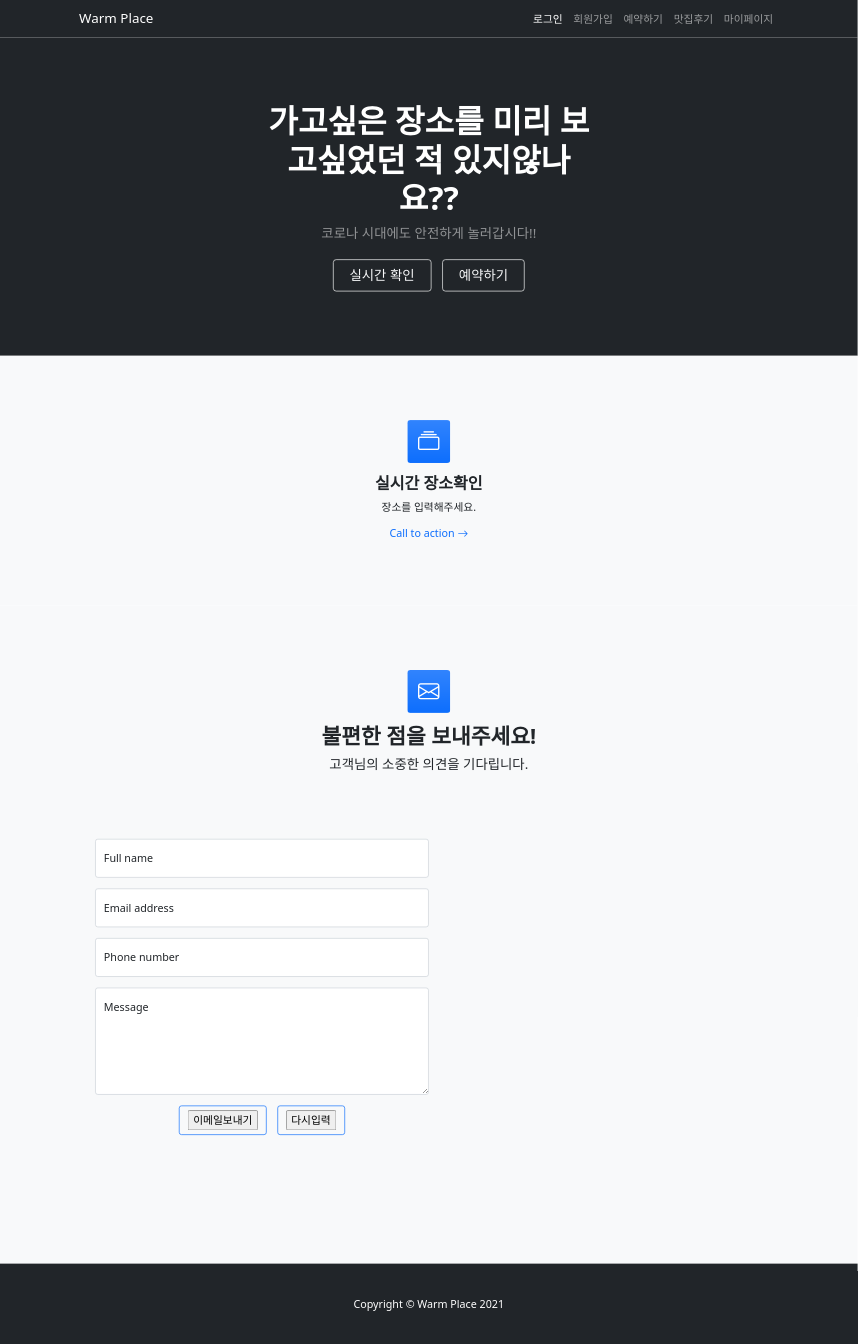
Repository: jaunnnngs/HackaTone
Page: http://localhost/StunProjects/St_Join/main.jsp
These files come from the project's save history. The page is drawn as it stood at one moment and after the next save; the edit follows.
The browser window is 1280 px wide. The pictures show the whole page, at 67% of full size.
Some web libraries are served in a nearby version. The page is served by Tomcat 9. Other server files are loaded and not shown.

Above is the page before, as saved 2021-08-12 01:51:06.

### STUN_TEAM/StunProjects/src/main/webapp/St_Join/main.jsp
<%@ page language="java" contentType="text/html; charset=UTF-8" pageEncoding="UTF-8"%>
<!DOCTYPE html>
<html>
    <head>
        <meta charset="utf-8" />
        <meta name="viewport" content="width=device-width, initial-scale=1, shrink-to-fit=no" />
        <meta name="description" content="" />
        <meta name="author" content="" />
        <title>Warm Place_main</title>
        <!-- Favicon-->
        <link rel="icon" type="image/x-icon" href="assets/favicon.ico" />
        <!-- Bootstrap icons-->
        <link href="https://cdn.jsdelivr.net/npm/bootstrap-icons@1.4.1/font/bootstrap-icons.css" rel="stylesheet" />
        <!-- Core theme CSS (includes Bootstrap)-->
        <link href="css/styles.css" rel="stylesheet" />
    </head>
    <body>
   <%
	// 현재 세션 상태를 체크한다
	String userID = null;
	if (session.getAttribute("userID") != null) {
		userID = (String) session.getAttribute("userID");
	}
	%>

        <!-- Responsive navbar-->
        <nav class="navbar navbar-expand-lg navbar-dark bg-dark">
            <div class="container px-5">
                <a class="navbar-brand" href="../St_Join/main.jsp">Warm Place</a>
                <button class="navbar-toggler" type="button" data-bs-toggle="collapse" data-bs-target="#navbarSupportedContent" aria-controls="navbarSupportedContent" aria-expanded="false" aria-label="Toggle navigation"><span class="navbar-toggler-icon"></span></button>
                 <div class="collapse navbar-collapse" id="navbarSupportedContent">
                 <%
					// 로그인 하지 않았을 때 보여지는 화면
					if(userID == null){
				%>
                    <ul class="navbar-nav ms-auto mb-2 mb-lg-0">
                        <li class="nav-item"><a class="nav-link active" aria-current="page" href="../St_board/login.jsp">로그인</a></li>
                        <li class="nav-item"><a class="nav-link" href="../St_Join/st_userJoin.jsp">회원가입</a></li>
                        <li class="nav-item"><a class="nav-link" href="../St_Reservation/map.jsp">예약하기</a></li>
                        <li class="nav-item"><a class="nav-link" href="../St_board/bbs.jsp">맛집후기</a></li>
                        <li class="nav-item"><a class="nav-link" href="#!">마이페이지</a></li>
                    </ul>
				<%
				// 로그인이 되어 있는 상태에서 보여주는 화면
					}else{
				%>
                    <ul class="navbar-nav ms-auto mb-2 mb-lg-0">
                        <li class="nav-item"><a class="nav-link active" aria-current="page" href="../St_board/logoutAction.jsp">로그아웃</a></li>
                        <li class="nav-item"><a class="nav-link" href="../St_Join/st_userJoin.jsp">회원가입</a></li>
                        <li class="nav-item"><a class="nav-link" href="../St_Reservation/map.jsp">예약하기</a></li>
                        <li class="nav-item"><a class="nav-link" href="../St_board/bbs.jsp">맛집후기</a></li>
                        <li class="nav-item"><a class="nav-link" href="#!">마이페이지</a></li>
                    </ul>
                    <%
				}
			%>
                </div>
            </div>
        </nav>

	    <!-- Header-->
        <header class="bg-dark py-5">
            <div class="container px-5">
                <div class="row gx-5 justify-content-center">
                    <div class="col-lg-6">
                        <div class="text-center my-5">
                            <h1 class="display-5 fw-bolder text-white mb-2">가고싶은 장소를 미리 보고싶었던 적 있지않나요??</h1>
                            <p class="lead text-white-50 mb-4">코로나 시대에도 안전하게 놀러갑시다!!</p>
                            <div class="d-grid gap-3 d-sm-flex justify-content-sm-center">
                                <a class="btn btn-outline-light btn-lg px-4" href="#features">실시간 확인</a>
                                <a class="btn btn-outline-light btn-lg px-4" href="../St_Reservation/map.jsp">예약하기</a>
                            </div>
                        </div>
                    </div>
                </div>
            </div>
        </header>
        <!-- Features section-->
        <section class="bg-light py-5" id="features">
            <div class="container px-5 my-5 px-5" >
                <div class="text-center mb-5">
                        <div class="feature bg-primary bg-gradient text-white rounded-3 mb-3"><i class="bi bi-collection"></i></div>
                        <h2 class="h4 fw-bolder">실시간 장소확인</h2>
                        <p>장소를 입력해주세요.</p>
                        <a class="text-decoration-none" href="#!">
                            Call to action
                            <i class="bi bi-arrow-right"></i>
                        </a>
                    </div>

                </div>

        </section>


        <!-- Contact section-->
        <section class="bg-light py-5">
            <div class="container px-5 my-5 px-5">
                <div class="text-center mb-5">
                    <div class="feature bg-primary bg-gradient text-white rounded-3 mb-3"><i class="bi bi-envelope"></i></div>
                    <h2 class="fw-bolder">불편한 점을 보내주세요!</h2>
                    <p class="lead mb-0">고객님의 소중한 의견을 기다립니다.</p>
                </div>
                <div class="row gx-5 justify-content-center">
                <div class="container px-5 my-5 px-5">
                <div class="text-center mb-5">
                    <div class="col-lg-6">
                        <!-- * * * * * * * * * * * * * * *-->
                        <!-- * * SB Forms Contact Form * *-->
                        <!-- * * * * * * * * * * * * * * *-->
                        <!-- This form is pre-integrated with SB Forms.-->
                        <!-- To make this form functional, sign up at-->
                        <!-- https://startbootstrap.com/solution/contact-forms-->
                        <!-- to get an API token!-->

                            <form action="./main_mailaction.jsp"method="post" id="contactForm" data-sb-form-api-token="API_TOKEN">

                            <!-- Name input-->
                            <div class="form-floating mb-3">
                                <input class="form-control" id="name" type="text" placeholder="Enter your name..." data-sb-validations="required" />
                                <label for="name">Full name</label>
                                <div class="invalid-feedback" data-sb-feedback="name:required">A name is required.</div>
                            </div>
                            <!-- Email address input-->
                            <div class="form-floating mb-3">
                                <input class="form-control" id="email" type="email" placeholder="name@example.com" data-sb-validations="required,email" />
                                <label for="email">Email address</label>
                                <div class="invalid-feedback" data-sb-feedback="email:required">An email is required.</div>
                                <div class="invalid-feedback" data-sb-feedback="email:email">Email is not valid.</div>
                            </div>
                            <!-- Phone number input-->
                            <div class="form-floating mb-3">
                                <input class="form-control" id="phone" type="tel" placeholder="(123) 456-7890" data-sb-validations="required" />
                                <label for="phone">Phone number</label>
                                <div class="invalid-feedback" data-sb-feedback="phone:required">A phone number is required.</div>
                            </div>
                            <!-- Message input-->
                            <div class="form-floating mb-3">
                                <textarea class="form-control" id="message" type="text" placeholder="Enter your message here..." style="height: 10rem" data-sb-validations="required"></textarea>
                                <label for="message">Message</label>
                                <div class="invalid-feedback" data-sb-feedback="message:required">A message is required.</div>
                            </div>
                            <!-- 제출 성공시 뜨는 메세지-->
                            <!---->
                            <!-- This is what your users will see when the form-->
                            <!-- has successfully submitted-->
                            <div class="d-none" id="submitSuccessMessage">
                                <div class="text-center mb-3">
                                    <div class="fw-bolder">Form submission successful!</div>
                                    To activate this form, sign up at
                                    <br />
                                    <a href="https://startbootstrap.com/solution/contact-forms">https://startbootstrap.com/solution/contact-forms</a>
                                </div>
                            </div>
                            <!-- 제출 에러 메세지-->
                            <!---->
                            <!-- This is what your users will see when there is-->
                            <!-- an error submitting the form-->
                            <div class="d-none" id="submitErrorMessage"><div class="text-center text-danger mb-3">Error sending message!</div></div>
                            <!--마지막 버튼!  -->
                            <div class="d-grid gap-3 d-sm-flex justify-content-sm-center">
							<a class="btn btn-outline-primary"><input type="submit" value="이메일보내기"></a>
							<a class="btn btn-outline-primary"><input type="reset" value="다시입력"></a></div>
							</form>
                    </div>
                </div>
            </div>
        </section>
        <!-- Footer-->
        <footer class="py-5 bg-dark">
            <div class="container px-5"><p class="m-0 text-center text-white">Copyright &copy; Warm Place 2021</p></div>
        </footer>
        <!-- Bootstrap core JS-->
        <script src="https://cdn.jsdelivr.net/npm/bootstrap@5.0.2/dist/js/bootstrap.bundle.min.js"></script>
        <!-- Core theme JS-->
        <script src="js/scripts.js"></script>
        <!-- * * * * * * * * * * * * * * * * * * * * * * * * * * * * * * * * * * * * * * * *-->
        <!-- * *                               SB Forms JS                               * *-->
        <!-- * * Activate your form at https://startbootstrap.com/solution/contact-forms * *-->
        <!-- * * * * * * * * * * * * * * * * * * * * * * * * * * * * * * * * * * * * * * * *-->
        <script src="https://cdn.startbootstrap.com/sb-forms-latest.js"></script>
    </body>
</html>

### STUN_TEAM/StunProjects/src/main/webapp/St_Join/js/scripts.js
/*!
* Start Bootstrap - Business Frontpage v5.0.3 (https://startbootstrap.com/template/business-frontpage)
* Copyright 2013-2021 Start Bootstrap
* Licensed under MIT (https://github.com/StartBootstrap/startbootstrap-business-frontpage/blob/master/LICENSE)
*/
// This file is intentionally blank
// Use this file to add JavaScript to your project

Loaded but not shown: STUN_TEAM/StunProjects/src/main/webapp/St_Join/css/styles.css (library)

After the next save:
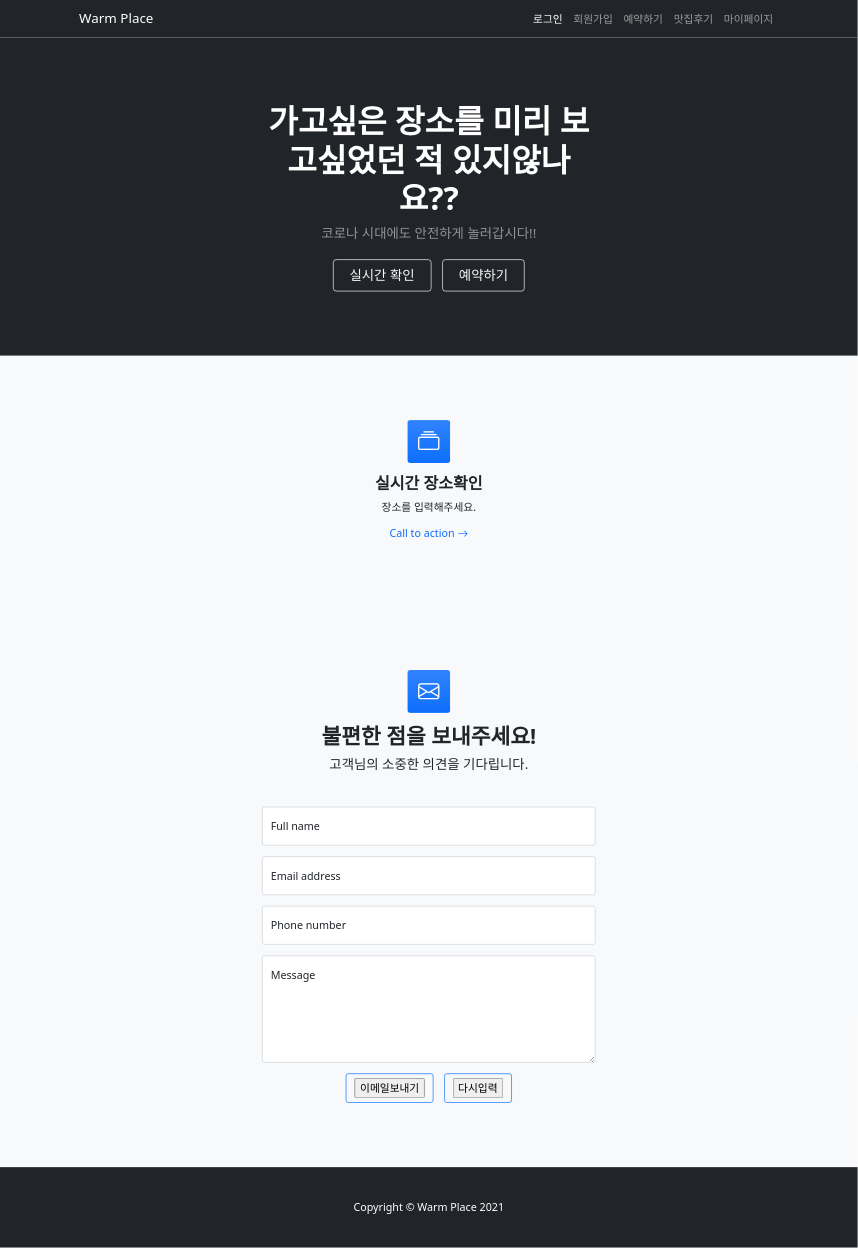
Saved 19 s later.
--- a/STUN_TEAM/StunProjects/src/main/webapp/St_Join/main.jsp
+++ b/STUN_TEAM/StunProjects/src/main/webapp/St_Join/main.jsp
@@ -102,8 +102,7 @@
                     <p class="lead mb-0">고객님의 소중한 의견을 기다립니다.</p>
                 </div>
                 <div class="row gx-5 justify-content-center">
-                <div class="container px-5 my-5 px-5">
-                <div class="text-center mb-5">
+
                     <div class="col-lg-6">
                         <!-- * * * * * * * * * * * * * * *-->
                         <!-- * * SB Forms Contact Form * *-->
